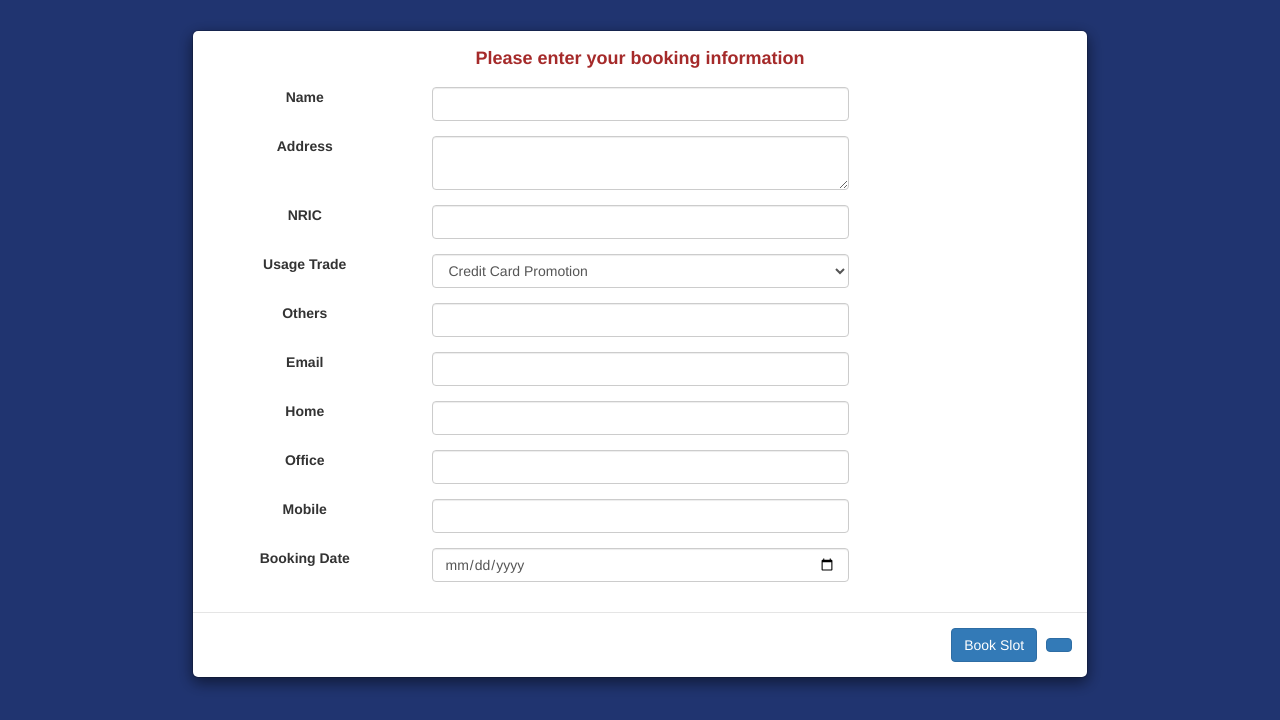
Repository: Shenba-Ps/Jsp-Servlet-B
Page: http://localhost/Test/Booking.jsp
An editor plug-in stored every save of this project. The page is shown before and after the next save, followed by the edit.
The browser window is 1280 px wide. The pictures show the whole page.
The page is served by Tomcat 9. Other server files are loaded and not shown.

Above is the page before, as saved 2023-06-15 12:23:06.

### Test/src/main/webapp/Booking.jsp
<!DOCTYPE HTML><%@page language="java"
	contentType="text/html; charset=ISO-8859-1" pageEncoding="ISO-8859-1"%>
<html>
<head>
<title>Booking</title>
<meta http-equiv="Content-Type" content="text/html; charset=ISO-8859-1">
<link rel="stylesheet" href="Plugins/Boostrap.css">
<link rel="stylesheet" href="Script/Common.css">
<script src="Plugins/jQuery.js"></script>
<script src="Plugins/bootstrap.js"></script>
<script src="Script/Booking.js"></script>
</head>
<body>
	<div style="height: 100vh; background-color: #4169E1;">
		<div></div>
		<!-- Modal -->
		<div class="modal fade" data-backdrop="static" id="mdlCustomerDetail"
			role="dialog">
			<div class="modal-dialog" style="width: 70%;">
				<!-- Modal content-->
				<div class="modal-content">
					<div class="modal-body">
						<div class="Title form-group" style="text-align: center;">Please
							enter your booking information</div>
						<div class="row form-group">
							<div class="col-xs-3 RightAlign">
								<label>Name</label>
							</div>
							<div class="col-xs-6">
								<input class="form-control" type="text" id="idName"
									name="nmName">
								<div class="ControlErrorMessage" id="errName"></div>
							</div>
						</div>
						<div class="row form-group">
							<div class="col-xs-3 RightAlign">
								<label>Address</label>
							</div>
							<div class="col-xs-6">
								<textarea class="form-control" id="idAddress" name="nmAddress"></textarea>
								<div class="ControlErrorMessage" id="errAddress"></div>
							</div>
						</div>
						<div class="row form-group">
							<div class="col-xs-3 RightAlign">
								<label>NRIC</label>
							</div>
							<div class="col-xs-6">
								<input class="form-control" type="text" id="idNRIC"
									name="nmNRIC">
								<div class="ControlErrorMessage" id="errNRIC"></div>
							</div>
						</div>
						<div class="row form-group">
							<div class="col-xs-3 RightAlign">
								<label>Usage Trade</label>
							</div>
							<div class="col-xs-6">
								<select class="form-control" name="UsageTrade" id="idUsageTrade">
									<option value="Credit Card Promotion">Credit Card
										Promotion</option>
									<option value="F&B">F&B</option>
									<option value="Hairdressing">Hairdressing</option>
									<option value="Clothing">Clothing</option>
									<option value="Others">Others</option>
								</select>
								<div class="ControlErrorMessage" id="errUserTrade"></div>
							</div>
						</div>
						<div class="row form-group">
							<div class="col-xs-3 RightAlign">
								<label>Others</label>
							</div>
							<div class="col-xs-6">
								<input class="form-control" type="text" id="idOthers"
									name="nmOthers">
								<div class="ControlErrorMessage" id="errOthers"></div>
							</div>
						</div>
						<div class="row form-group">
							<div class="col-xs-3 RightAlign">
								<label>Email</label>
							</div>
							<div class="col-xs-6">
								<input class="form-control" type="text" id="idEmail"
									name="nmEmail">
								<div class="ControlErrorMessage" id="errEmail"></div>
							</div>
						</div>
						<div class="row form-group">
							<div class="col-xs-3 RightAlign">
								<label>Home</label>
							</div>
							<div class="col-xs-6">
								<input class="form-control" type="text" id="idHomeTel"
									name="nmHome">
								<div class="ControlErrorMessage" id="errHome"></div>
							</div>
						</div>
						<div class="row form-group">
							<div class="col-xs-3 RightAlign">
								<label>Office</label>
							</div>
							<div class="col-xs-6">
								<input class="form-control" type="text" id="idOfficeTel"
									name="nmOffice">
								<div class="ControlErrorMessage" id="errOffice"></div>
							</div>
						</div>
						<div class="row form-group">
							<div class="col-xs-3 RightAlign">
								<label>Mobile</label>
							</div>
							<div class="col-xs-6">
								<input class="form-control" type="text" id="idMobile"
									name="nmMobile">
								<div class="ControlErrorMessage" id="errMobile"></div>
							</div>
						</div>
						<div class="row form-group">
							<div class="col-xs-3 RightAlign">
								<label>Booking Date</label>
							</div>
							<div class="col-xs-6">
								<input class="form-control" type="date" id="idBookingDate"
									name="nmBookingDate">
								<div class="ControlErrorMessage" id="errBookingDate"></div>
							</div>
						</div>
					</div>
					<div class="modal-footer">
						<button type="button" class="btn btn-primary"
							onclick="onclickBookSlot()">Book Slot</button>
						<button type="button" class="btn btn-primary" id="btnBookSlot"></button>
						<div class="ControlErrorMessage" id="errBookingSlot"
							style="display: none;"></div>
					</div>
				</div>
			</div>
		</div>
	</div>
</body>
</html>

### Test/src/main/webapp/Script/Common.css
.Title {
	font-size: 18px;
	color: brown;
	font-weight: bold;
}

.RightAlign {
	text-align: center;
}

.ControlError {
	background: 2px solid red;
}

.ControlErrorMessage {
	color: red;
	font-weight: 600;
}

### Test/src/main/webapp/Script/Booking.js
$(function() {

});

document.addEventListener("DOMContentLoaded", function() {
	OpenCustomerDetail();
});

function OpenCustomerDetail() {
	$('#mdlCustomerDetail').modal('show');
}

function onclickBookSlot() {
	$('#idName').removeClass("ControlError");
	$('#errName').hide();
	if ($('#idName').val() == "") {
		$('#idName').addClass("ControlError");
		$('#errName').innerHTML = "Please enter your name";
		$('#errName').show();
	}
}

Loaded but not shown: Test/src/main/webapp/Plugins/Boostrap.css (library); Test/src/main/webapp/Plugins/jQuery.js (library); Test/src/main/webapp/Plugins/bootstrap.js (library)

After the next save:
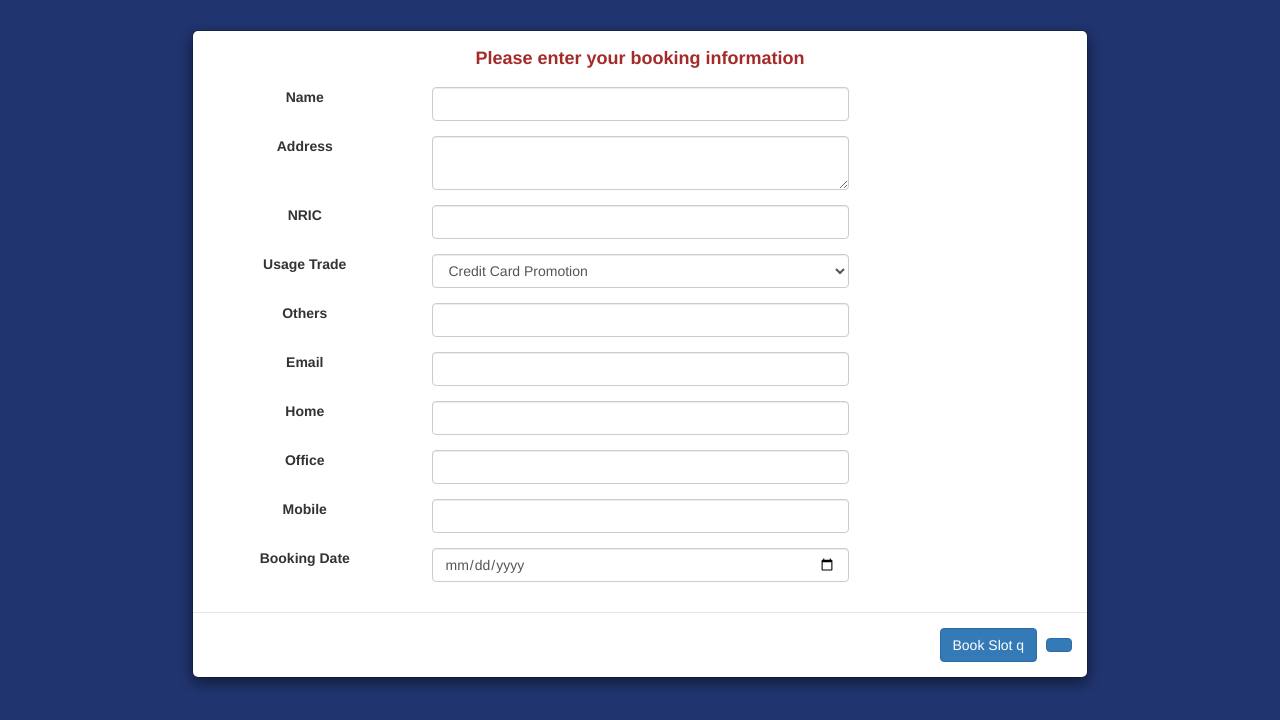
Saved 45 s later.
--- a/Test/src/main/webapp/Booking.jsp
+++ b/Test/src/main/webapp/Booking.jsp
@@ -130,7 +130,7 @@
 					</div>
 					<div class="modal-footer">
 						<button type="button" class="btn btn-primary"
-							onclick="onclickBookSlot()">Book Slot</button>
+							onclick="onclickBookSlot()">Book Slot q</button>
 						<button type="button" class="btn btn-primary" id="btnBookSlot"></button>
 						<div class="ControlErrorMessage" id="errBookingSlot"
 							style="display: none;"></div>

After the save that followed:
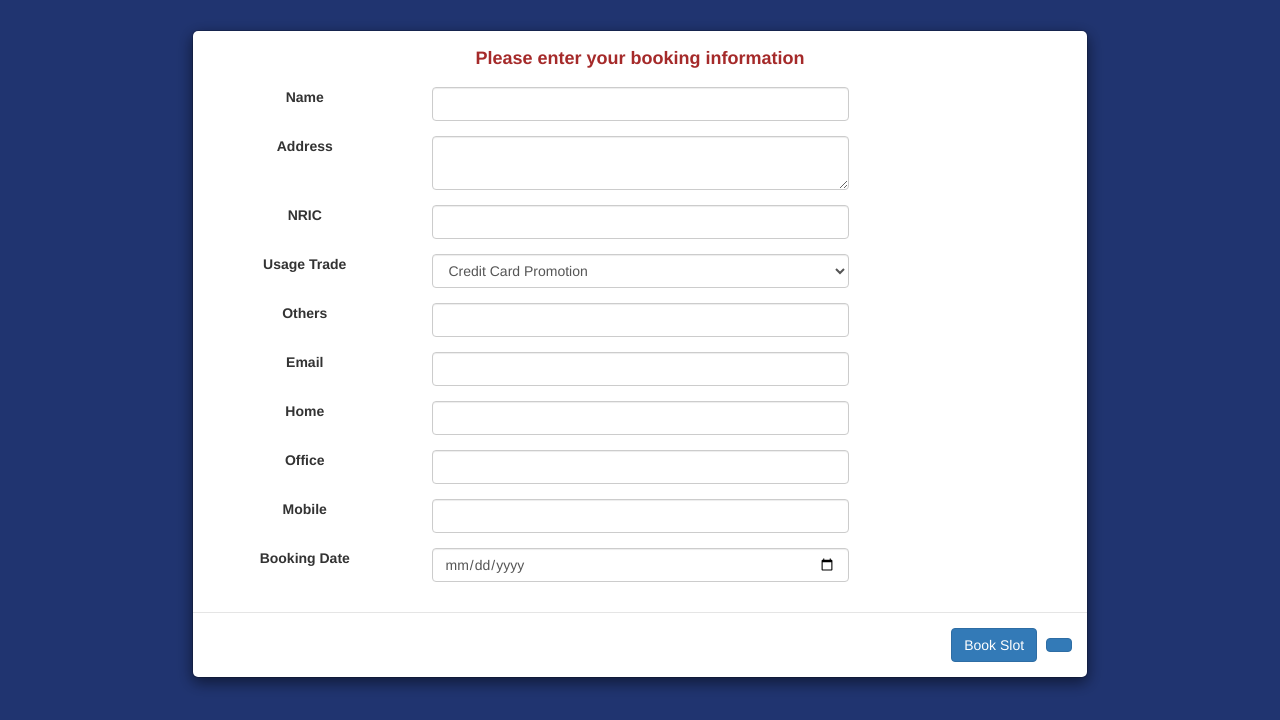
Saved 9 s later.
--- a/Test/src/main/webapp/Booking.jsp
+++ b/Test/src/main/webapp/Booking.jsp
@@ -130,7 +130,7 @@
 					</div>
 					<div class="modal-footer">
 						<button type="button" class="btn btn-primary"
-							onclick="onclickBookSlot()">Book Slot q</button>
+							onclick="onclickBookSlot()">Book Slot</button>
 						<button type="button" class="btn btn-primary" id="btnBookSlot"></button>
 						<div class="ControlErrorMessage" id="errBookingSlot"
 							style="display: none;"></div>
